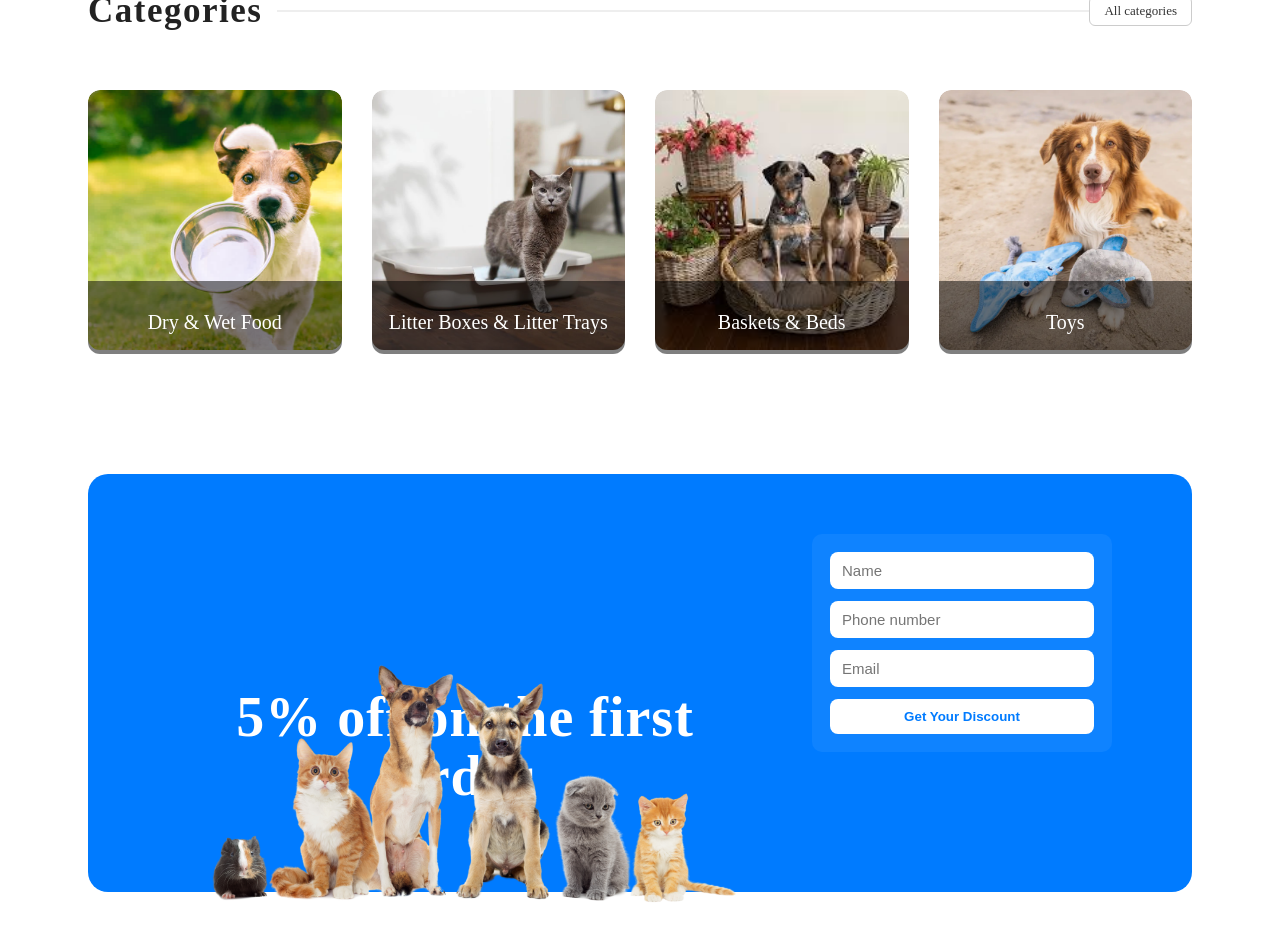
Repository: JuliiaJuliia/pet-shop-frontend
Page: / (app in pet-shop-frontend/)
The author's editor kept a copy of each file at every save. The page is drawn from the files as they stood at one save, then again after the next save.
The browser window is 1280 px wide. The pictures show the part of the page from y = 693 to 1645 px (the page is 1645 px tall).
The project was rebuilt for these pictures with package versions that can differ from the ones it lists, and the page was loaded fresh each time. Also part of the build but not shown: pet-shop-frontend/vite.config.js, pet-shop-frontend/src/pages/CheckoutPage.jsx, pet-shop-frontend/src/api/axios.js, pet-shop-frontend/src/components/ProductList.jsx.

Above is the page before, as saved 2025-11-06 14:58:17.

### pet-shop-frontend/index.html
<!doctype html>
<html lang="en">
  <head>
    <meta charset="UTF-8" />
    <link rel="icon" type="image/svg+xml" href="/vite.svg" />
    <meta name="viewport" content="width=device-width, initial-scale=1.0" />
    <title>pet-shop-frontend</title>
  </head>
  <body>
    <div id="root"></div>
    <script type="module" src="/src/main.jsx"></script>
  </body>
</html>

### pet-shop-frontend/src/main.jsx
import HomePage from "./pages/HomePage";
import CheckoutPage from "./pages/CheckoutPage";
import React from "react";
import ReactDOM from "react-dom/client";
import { BrowserRouter, Routes, Route } from "react-router-dom";
import Header from "./components/Header/Header.jsx";
import ProductList from "./components/ProductList";

function Categories() {
  return <h2 style={{ textAlign: "center" }}>Categories Page</h2>;
}

function Sales() {
  return <h2 style={{ textAlign: "center" }}>Sales Page</h2>;
}

function Cart() {
  return <h2 style={{ textAlign: "center" }}>Your Cart is empty</h2>;
}

ReactDOM.createRoot(document.getElementById("root")).render(
  <BrowserRouter>
    <Header />
    <Routes>
      <Route path="/" element={<HomePage />} />
      <Route path="/categories" element={<Categories />} />
      <Route path="/products" element={<ProductList />} />
      <Route path="/sales" element={<Sales />} />
      <Route path="/cart" element={<Cart />} />
    </Routes>
  </BrowserRouter>
);

### pet-shop-frontend/src/pages/HomePage.jsx
import React from "react";
import MainBanner from "../components/MainBanner";
import Categories from "../components/Categories";
import DiscountBanner from "../components/DiscountBanner"; // 👈 ось цей рядок

const HomePage = () => {
  return (
    <div>
      <MainBanner />
      <Categories />
      <DiscountBanner />   {/* 👈 він має бути тут */}
    </div>
  );
};

export default HomePage;

### pet-shop-frontend/src/components/Header/Header.jsx
import React from "react";
import { Link } from "react-router-dom";
import "./Header.css";

const Header = () => {
  return (
    <header className="header">
      <div className="header__logo">
        <Link to="/">PetShop 🐾</Link>
      </div>
      <nav className="header__nav">
        <Link to="/">Main Page</Link>
        <Link to="/categories">Categories</Link>
        <Link to="/products">All products</Link>
        <Link to="/sales">All sales</Link>
      </nav>
      <div className="header__cart">
        <Link to="/cart">
        <img src="/icon.svg" alt="Cart" className="header__cart-icon" />
        </Link>
</div>
    </header>
  );
};

export default Header;

### pet-shop-frontend/src/components/MainBanner.jsx
import React from "react";
import { Link } from "react-router-dom";
import "./MainBanner.css";

const MainBanner = () => {
  return (
    <section className="main-banner">
      <div className="main-banner__overlay">
        <div className="main-banner__content">
        <h1>Amazing Discounts <br /> on Pets Products!</h1>
        <Link to="/checkout" className="banner-btn">Check out</Link>
        </div>
      </div>
    </section>
  );
};

export default MainBanner;

### pet-shop-frontend/src/components/Categories.jsx
import React from "react";
import { Link } from "react-router-dom";
import "./Categories.css";

const categories = [
  { id: 1, name: "Dry & Wet Food", image: "/Dog.jpg" },
  { id: 2, name: "Litter Boxes & Litter Trays", image: "/Cat.jpg" },
  { id: 3, name: "Baskets & Beds", image: "/Dogs.jpg" },
  { id: 4, name: "Toys", image: "/Dog and Fish.jpg" },
];

const Categories = () => {
  return (
    <section className="categories">
      <div className="categories__header">
        <h2>Categories</h2>
        <div className="categories__line"></div>

        <Link to="/products" className="all-categories-btn">
          All categories
        </Link>
      </div>

      <div className="categories__grid">
        {categories.map((category) => (
          <div key={category.id} className="category-card">
            <img src={category.image} alt={category.name} />
            <div className="category-card__overlay">
              <p>{category.name}</p>
            </div>
          </div>
        ))}
      </div>
    </section>
  );
};

export default Categories;

### pet-shop-frontend/src/components/DiscountBanner.jsx
import React from "react";
import "./DiscountBanner.css";

const DiscountBanner = () => {
  return (
    <section className="discount-banner">
      <div className="discount-banner__content">
        <div className="discount-banner__left">
          <h2>5% off on the first order</h2>
          <img src="/Pets.jpg" alt="pets" className="discount-banner__image" />
        </div>

        <div className="discount-banner__form">
          <form>
            <input type="text" placeholder="Name" required />
            <input type="phone" placeholder="Phone number" required />
            <input type="email" placeholder="Email" required />
            <button type="submit">Get Your Discount</button>
          </form>
        </div>
      </div>
    </section>
  );
};

export default DiscountBanner;

### pet-shop-frontend/src/components/Header/Header.css
.header {
    display: flex;
    align-items: center;
    justify-content: space-between;
    padding: 20px 60px;
    background-color: #fff;
    box-shadow: 0 2px 5px rgba(0, 0, 0, 0.05);
    position: sticky;
    top: 0;
    z-index: 10;
  }

  .header__logo a {
    font-size: 40px;
    font-weight: 400;
    color: #3d3c3c;
    text-decoration: none;
    display: flex;
    align-items: center;
    gap: 10px;
  }

  .header__nav {
    display: flex;
    gap: 30px;
  }

  .header__nav a {
    font-size: 20px;
    text-decoration: none;
    color: #38383a;
    font-weight: 550;
    transition: 0.3s;
    cursor: url("data:[embedded picture, 129 characters]"), auto;
  }

  .header__nav a:hover {
    color: #24973bf3;
  }

  .cart-icon {
    font-size: 20px;
    text-decoration: none;
  }

  .header__cart-icon {
    width: 30px;
    height: 30px;
    object-fit: contain;
    transition: transform 0.3s ease;
    cursor: url("data:[embedded picture, 129 characters]"), auto;
  }

  .header__cart-icon:hover {
    transform: rotate(10deg) scale(1.15);
  }

### pet-shop-frontend/src/components/MainBanner.css
.main-banner {
  position: relative;
  width: 100%;
  height: 500px;
  background: url("/banner-dog.jpg") center/cover no-repeat;
  display: flex;
  align-items: center;
  justify-content: center;
  border-radius: 10px;
  overflow: hidden;
  margin-bottom: 60px;
}

/* Полупрозрачный шар поверх картинки */
.main-banner__overlay {
  background: rgba(0, 0, 0, 0.35);
  width: 100%;
  height: 100%;
  display: flex;
  align-items: center;
  justify-content: center;
}

/* Текст и кнопка */
.main-banner__content {
  text-align: left;
  color: #fff;
  max-width: 800px;
  padding: 0 40px;
  line-height: 1.1;
  white-space: normal;
  word-break: break-word;
}

.main-banner__content h1 {
  font-size: 54px;
  font-weight: 700;
  line-height: 1.2;
  margin-bottom: 40px;
}


.main-banner__button {
  background-color: #53b955df;
  color: rgb(255, 255, 255);
  border: none;
  border-radius: 6px;
  font-size: 18px;
  padding: 14px 30px;
  cursor: pointer;
  transition: all 0.3s ease;
  cursor: url("data:[embedded picture, 129 characters]"), auto;
}

.main-banner__button:hover {
  background-color: #24973b91;
  ;
  transform: scale(1.05);
}

.banner-btn {
  display: inline-block;
  background-color: #53b955df;
  color: white;
  border: none;
  border-radius: 6px;
  font-size: 18px;
  padding: 14px 30px;
  text-decoration: none;
  text-align: center;
  cursor: pointer;
  transition: all 0.3s ease;
}

.banner-btn:hover {
  background-color: #24973b91;
  transform: scale(1.05);
}

### pet-shop-frontend/src/components/Categories.css
.categories {
    padding: 0px 80px 60px;
    background-color: #fff;
  }

  .categories__title {
    font-size: 36px;
    font-weight: 600;
    margin-bottom: 30px;
    color: #222;
  }

  .categories__grid {
    display: grid;
    grid-template-columns: repeat(auto-fit, minmax(220px, 1fr));
    gap: 30px;
    justify-items: center;
  }

  .category-card {
    position: relative;
    width: 100%;
    max-width: 260px;
    border-radius: 12px;
    overflow: hidden;
    cursor: url("data:[embedded picture, 129 characters]"), auto;
    transition: transform 0.3s ease;
  }

  .category-card img {
    width: 100%;
    height: 260px;
    object-fit: cover;
    border-radius: 12px;
  }

  .category-card__overlay {
    position: absolute;
    display: flex;
    justify-content: center;
    align-items: center;
    text-align: center;
    bottom: 0;
    left: 0;
    right: 0;
    background: rgba(0, 0, 0, 0.5);
    color: #fff;
    font-size: 20px;
    font-weight: 500;
    padding-top: 10px;
    transition: background 0.3s ease;
  }

  .category-card:hover {
    transform: scale(1.05);
  }

  .category-card:hover .category-card__overlay {
    background: rgba(0, 0, 0, 0.7);
  }

  .categories__header {
    display: flex;
    align-items: center;
    justify-content: space-between;
    position: relative;
    margin-bottom: 30px;
  }

  .categories__header h2 {
    font-size: 35px;
    font-weight: 700;
    color: #222;
    letter-spacing: 1.5px;
    background-color: #fff;
    padding-right: 15px;
    z-index: 1;
  }

  .categories__line {
    position: absolute;
    left: 0;
    right: 0;
    height: 1px;
    background-color: #ddd;
    top: 50%;
    transform: translateY(-50%);
    z-index: 0;
  }

  .all-categories-btn {
    display: inline-flex;
    align-items: center;
    justify-content: center;
    background-color: #fff;
    border: 1px solid #ccc;
    border-radius: 6px;
    padding: 6px 14px;
    font-size: 13px;
    font-weight: 500;
    color: #333;
    text-decoration: none;
    outline: none;
    cursor: pointer;
    z-index: 1;
    transition: all 0.3s ease;
  }

  .all-categories-btn:hover {
    background-color: #53b955cd;
    color: #fff;
    border-color: #24973b91;
    transform: scale(1.05);
    cursor: url("/paw-cursor.png"), auto;
    cursor: url("data:[embedded picture, 129 characters]"), auto;
  }

### pet-shop-frontend/src/components/DiscountBanner.css
/* контейнер банера */
.discount-banner {
    background-color: #007bff;
    color: #fff;
    border-radius: 20px;
    margin: 60px 80px;
    padding: 60px 80px 140px; /* зверни увагу: великий паддінг знизу для місця під тварин */
    position: relative;
    overflow: visible;
    display: block;
  }

  /* заголовок — по центру всього блоку (горизонтально + вертикально) */
  .discount-banner__left h2 {
    position: absolute;
    top: 50%;
    left: 50%;
    transform: translate(-50%, -50%);
    margin: 0;
    font-size: 56px;
    font-weight: 700;
    letter-spacing: 1px;
    text-align: center;
    width: 100%;
    line-height: 1.05;
  }

  /* вміст під заголовком: картинка ліворуч, форма праворуч */
  .discount-banner__content {
    display: flex;
    justify-content: space-between;
    align-items: flex-end;
    gap: 50px;
    width: 100%;
    position: relative;
    margin-top: 0px;
  }

  /* ліва частина (картинка) */
  .discount-banner__left {
    flex: 1;
    display: flex;
    justify-content: center;
    align-items: flex-end;    /* картинка "сидить" внизу колонки */
    position: relative;
    padding-bottom: 10px;     /* трохи простору під картинкою */
  }

  /* картинка тварин — збільшена і з позицією внизу (на межі фону) */
  .discount-banner__image {
    max-width: 720px;         /* збільшити розмір тварин */
    width: 100%;
    height: auto;
    object-fit: contain;
    position: absolute;
    left: 50%;
    transform: translateX(-50%);
    bottom: -160px;
  }

  /* права частина — форма (по центру вертикалі блоку) */
  .discount-banner__form {
    flex: 0 0 300px;          /* фіксована ширина форми */
    display: flex;
    align-items: center;      /* вертикальне центрування форми всередині доступного простору */
    justify-content: center;
    z-index: 6;
    position: relative;
  }

  /* стилі самої форми */
  .discount-banner__form form {
    width: 100%;
    display: flex;
    flex-direction: column;
    gap: 12px;
    background: rgba(255,255,255,0.06); /* легке напівпрозоре тло, зливається з фоном */
    padding: 18px;
    border-radius: 10px;
  }

  .discount-banner__form input {
    padding: 10px 12px;
    border-radius: 8px;
    border: none;
    font-size: 15px;
    outline: none;
  }

  .discount-banner__form button {
    padding: 10px 14px;
    border-radius: 8px;
    border: none;
    background: #fff;
    color: #007bff;
    font-weight: 600;
    cursor: pointer;
  }

  /* адаптация под мобильные екраны */
  @media (max-width: 900px) {
    .discount-banner {
      margin: 30px 24px;
      padding: 40px 24px 120px;
    }
    .discount-banner__left h2 {
      font-size: 34px;
      top: 42%;
    }
    .discount-banner__content {
      flex-direction: column;
      align-items: center;
      margin-top: 60px;
    }
    .discount-banner__form {
      width: 100%;
      flex: none;
      margin-top: 20px;
    }
    .discount-banner__image {
      position: relative;
      bottom: -6px;
      left: 50%;
      transform: translateX(-50%);
      max-width: 320px;
    }
  }

After the next save:
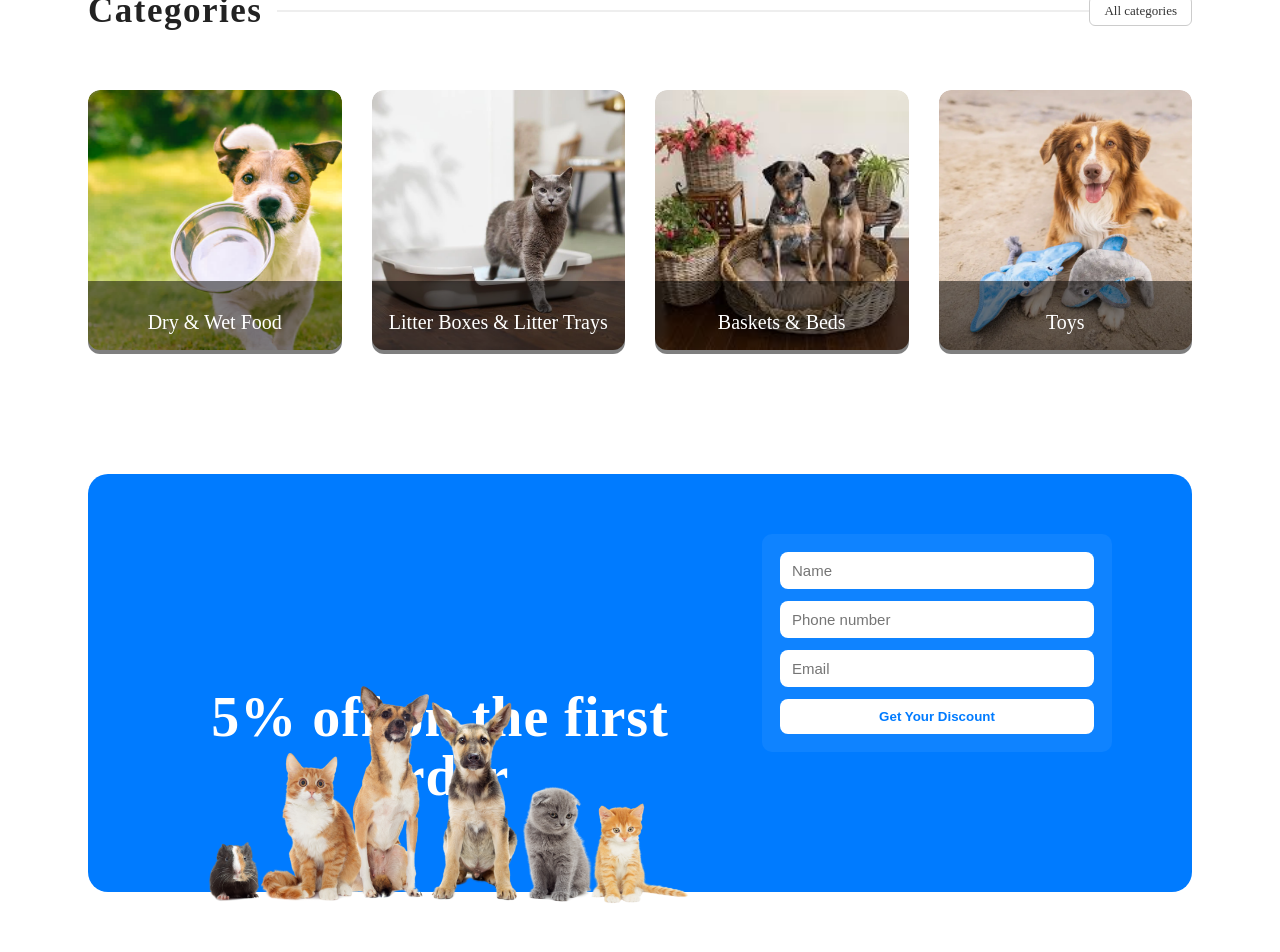
Saved 4 s later.
--- a/pet-shop-frontend/src/components/DiscountBanner.css
+++ b/pet-shop-frontend/src/components/DiscountBanner.css
@@ -60,7 +60,7 @@
 
   /* права частина — форма (по центру вертикалі блоку) */
   .discount-banner__form {
-    flex: 0 0 300px;          /* фіксована ширина форми */
+    flex: 0 0 350px;          /* фіксована ширина форми */
     display: flex;
     align-items: center;      /* вертикальне центрування форми всередині доступного простору */
     justify-content: center;
